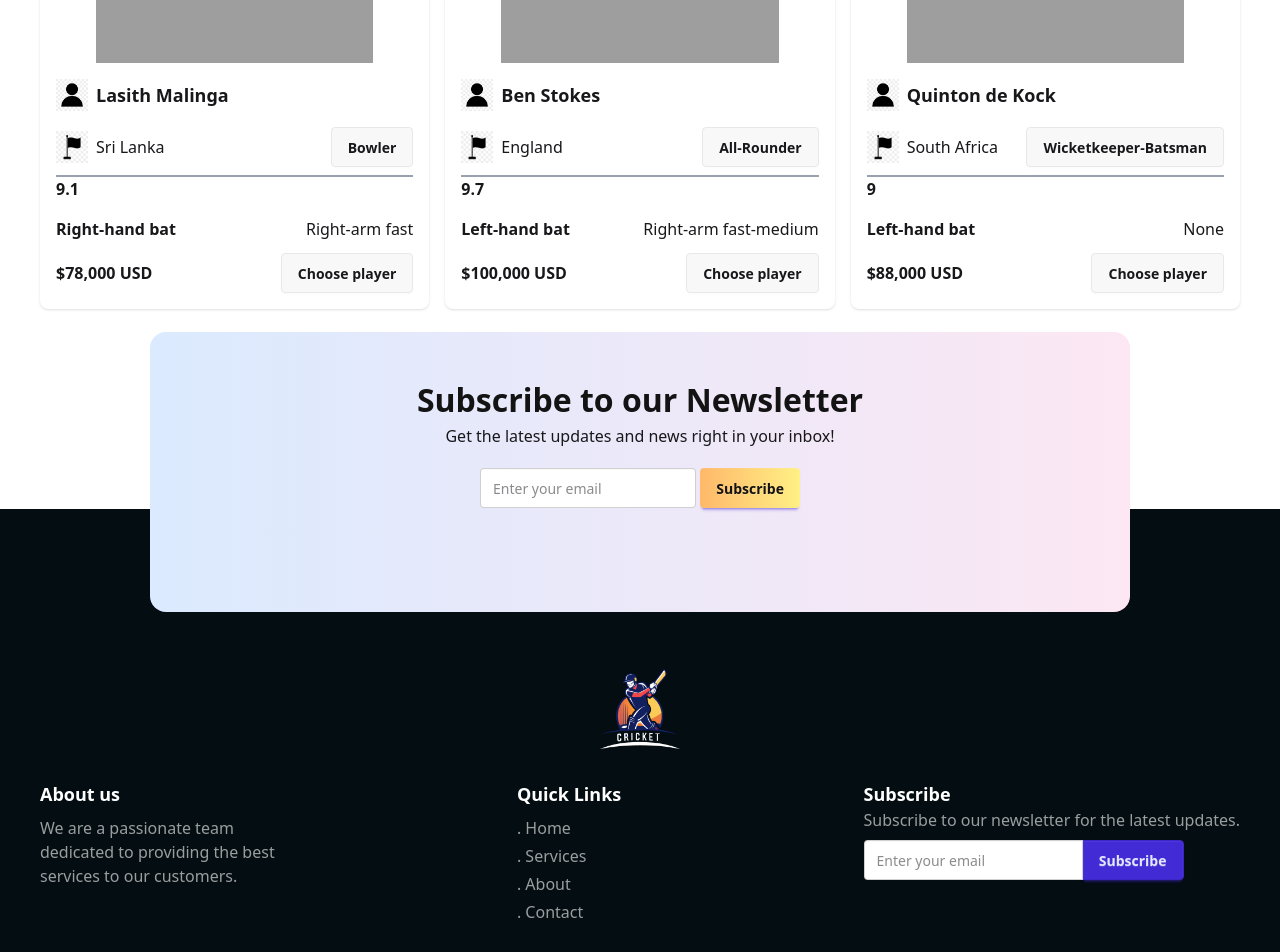
Repository: SanjidaSnigdha/Select-your-eleven
Page: /
The author's editor kept a copy of each file at every save. The page is drawn from the files as they stood at one save, then again after the next save.
The browser window is 1280 px wide. The pictures show the part of the page from y = 2768 to 3720 px (the page is 3807 px tall).
Pictures or frames that could not be fetched are drawn as grey boxes. The project was rebuilt for these pictures with package versions that can differ from the ones it lists, and the page was loaded fresh each time. Also part of the build but not shown: vite.config.js, src/App.css, src/components/SelectedCard/SelectedCard.jsx, src/components/SelectedPlayers/SelectedPlayers.jsx.

Above is the page before, as saved 2026-03-23 02:10:04.

After the next save:
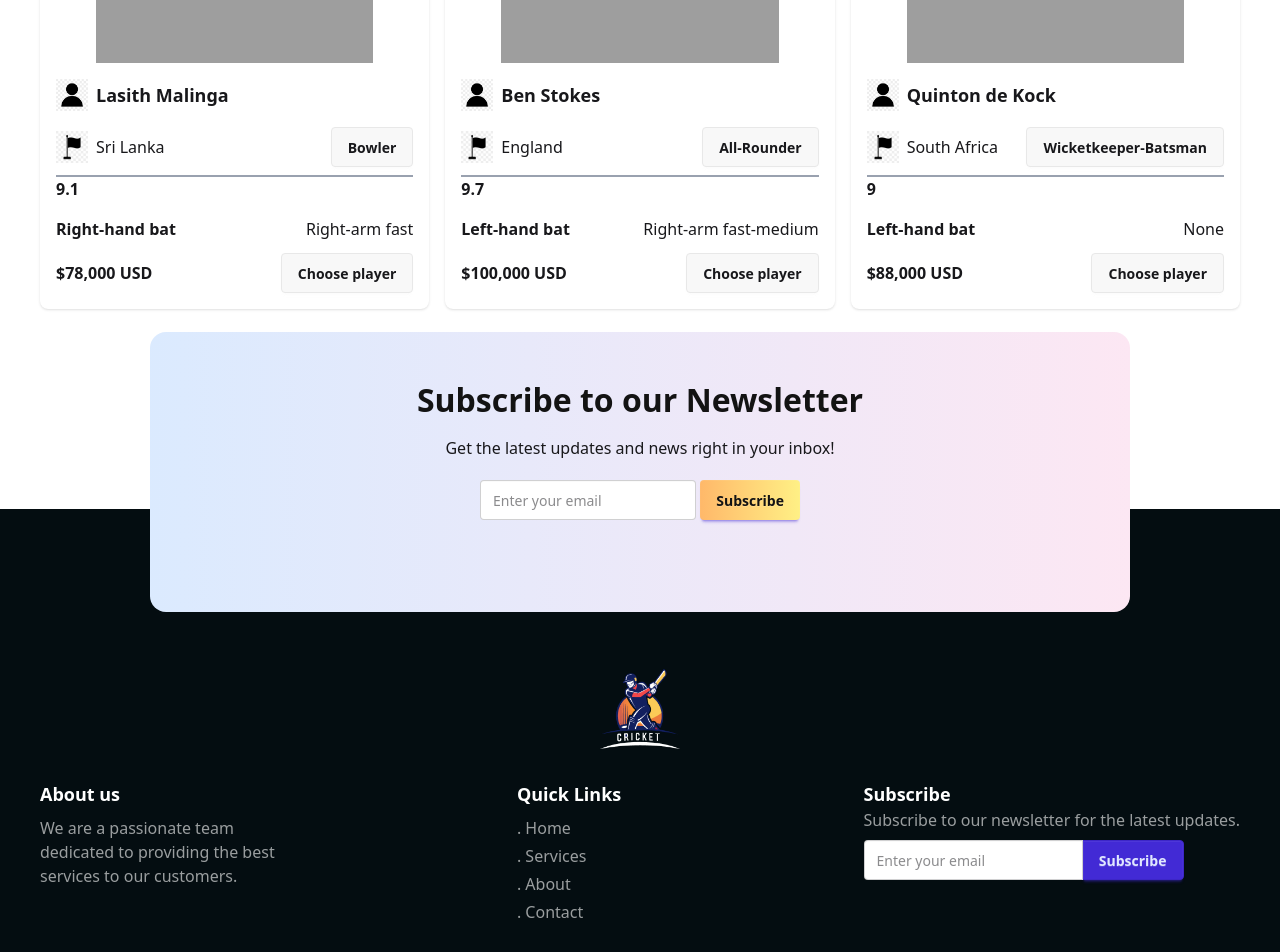
Saved 10 s later.
--- a/src/components/NewsLetter/NewsLetter.jsx
+++ b/src/components/NewsLetter/NewsLetter.jsx
@@ -4,7 +4,7 @@
     return (
         <div className='w-[980px] h-[280px] rounded-2xl bg-gradient-to-r from-blue-100 via-white-100 to-pink-100 absolute -bottom-665 left-1/2 transform -translate-x-1/2 z-10 mt-8 items-center text-center p-8'>
             <h1 className='font-bold text-[32px] text-[#131313] mt-3'>Subscribe to our Newsletter</h1>
-            <p className='bg-[#131313]70'>Get the latest updates and news right in your inbox!</p>
+            <p className='bg-[#131313]70 mt-3'>Get the latest updates and news right in your inbox!</p>
              <form>
     <fieldset className="w-80 mx-auto mt-3">
       <div className="gap-1 mt-2 flex">
